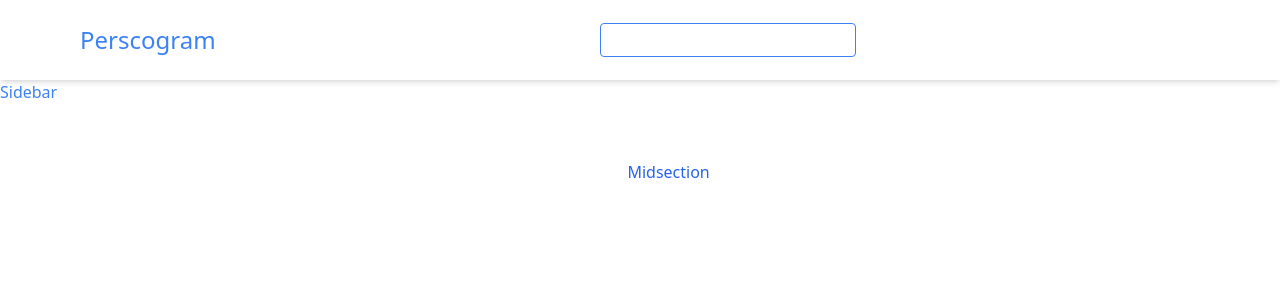
Repository: brandford7/perscogram
Page: /
These files come from the project's save history. The page is drawn as it stood at one moment and after the next save; the edit follows.
The browser window is 1280 px wide. The pictures show the whole page.
The project was rebuilt for these pictures with package versions that can differ from the ones it lists, and the page was loaded fresh each time. The framework's server and built-in components were replaced by stand-ins that run in the browser. Also part of the build but not shown: next.config.js.

Above is the page before, as saved 2022-12-15 22:32:21.

After the next save:
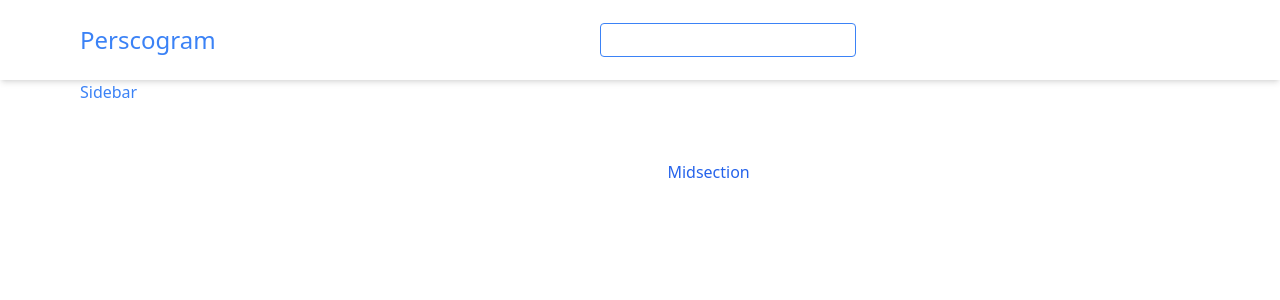
Saved 22 s later.
--- a/components/Sidebar.jsx
+++ b/components/Sidebar.jsx
@@ -2,7 +2,7 @@
 
 const Sidebar = () => {
   return (
-    <div className="text-blue-500">Sidebar</div>
+    <div className="ml-20 text-blue-500">Sidebar</div>
   )
 }
 
